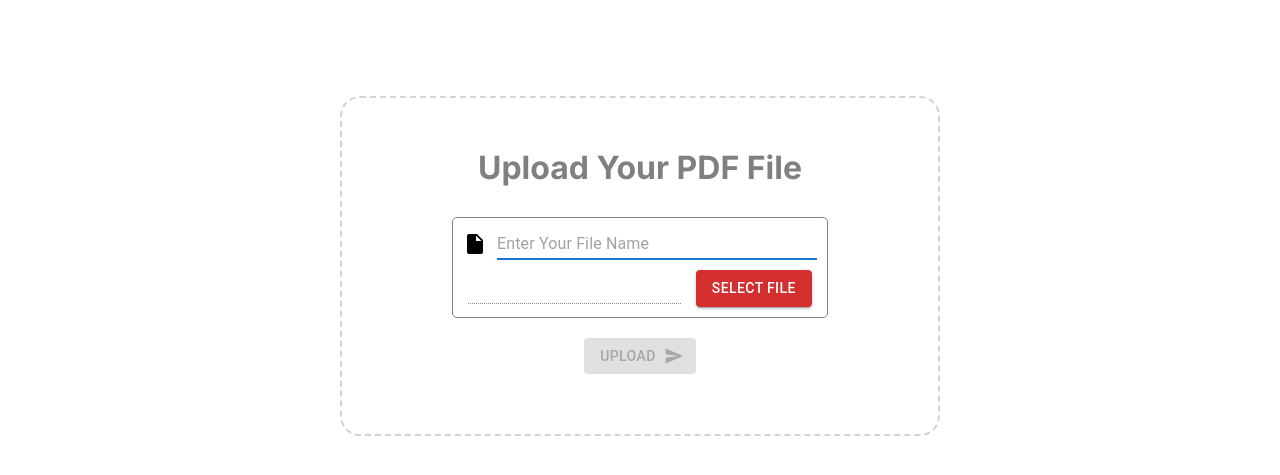
Repository: BhushanPatil-121/pdf-upload-nextjs
Page: /
An editor plug-in stored every save of this project. The page is shown before and after the next save, followed by the edit.
The browser window is 1280 px wide. The pictures show the whole page.
The project was rebuilt for these pictures with package versions that can differ from the ones it lists, and the page was loaded fresh each time. The framework's server and built-in components were replaced by stand-ins that run in the browser. Also part of the build but not shown: next.config.mjs.

Above is the page before, as saved 2024-02-29 11:16:10.

### src/app/page.tsx
"use client"
import styles from "./page.module.css";
import { styled } from '@mui/material/styles';
import Button from '@mui/material/Button';
import CloudUploadIcon from '@mui/icons-material/CloudUpload';
import { useState } from 'react';
import { Alert, Box, Stack, TextField } from "@mui/material";
import InsertDriveFileIcon from '@mui/icons-material/InsertDriveFile';
import SendIcon from '@mui/icons-material/Send';
import LoadingButton from '@mui/lab/LoadingButton';
import { CloudDownload } from "@mui/icons-material";

const VisuallyHiddenInput = styled('input')({
  clip: 'rect(0 0 0 0)',
  clipPath: 'inset(50%)',
  height: 1,
  overflow: 'hidden',
  position: 'absolute',
  bottom: 0,
  left: 0,
  whiteSpace: 'nowrap',
  width: 1,
});

export default function Home() {
  const [loading, setLoading] = useState(false);
  const [uploading, setUploding] = useState(false);
  const [fileName, setFileName] = useState<string>("")
  const [defaultFileName, setDefaultFileName] = useState<string>("")
  const [file, setFile] = useState<string>("")
  function handleClick(e: any) {
    setLoading(true);
    setTimeout(() => setLoading(false), 3000);
    setTimeout(() => {
      setUploding(true)
      setFileName("")
      setFile("")
    }, 3000);
    setTimeout(() => setUploding(false), 6000);
    e.preventDefault();
    let formData = new FormData();
    formData.append('filename', fileName);
    formData.append('file', file);
    console.log(fileName, file);
  }
  return (
    <main className={styles.main}>
      <div className={styles.mainContainer}>
        <h1 className={styles.mainHeading}>Upload Your PDF File</h1>
        <form className={styles.mainForm}>
          <div className={styles.mainFormContainer}>
            <div className={styles.mainFormSubContainer1}>
              <InsertDriveFileIcon />
              <Box sx={{width:'100%'}}>
              <TextField
                id="standard-basic"
                fullWidth
                placeholder="Enter Your File Name"
                value={fileName}
                autoFocus
                onChange={(e) => { setFileName(e.target.value) }}
                variant="standard" />
              </Box>
            </div>
            <div className={styles.mainFormSubContainer2}>
              <Box sx={{width:'60%'}}>
              <TextField
                id="standard-multiline-static"
                multiline
                fullWidth
                rows={1}
                disabled
                variant="standard"
                value={defaultFileName}
              />
              </Box>
              <Button
                component="label"
                role={undefined}
                variant="contained"
                tabIndex={-1}
                color={file ? "success" : "error"}
                onChange={(e: any) => {
                  setFile(e.target.files[0]);
                  setDefaultFileName(e.target.files[0].name);
                }}>Select file
                <VisuallyHiddenInput type="file" accept="application/pdf" />
              </Button>
            </div>
          </div>
          <LoadingButton
            onClick={handleClick}
            endIcon={<SendIcon />}
            loading={loading}
            disabled={fileName.length < 1}
            loadingPosition="end"
            variant="contained">
            {
              loading ? "Uploading..." : "Upload"
            }
          </LoadingButton>
        </form>
      </div>
      {
        uploading &&
        <Stack sx={{ width: '50%' }} spacing={2}>
          <Alert variant="filled" severity="success">
            File Upload Successfully
          </Alert>
        </Stack>
      }
    </main>
  );
}

### src/app/globals.css


* {
  box-sizing: border-box;
  padding: 0;
  margin: 0;
}

html,
body {
  max-width: 100vw;
  overflow-x: hidden;
}


a {
  color: inherit;
  text-decoration: none;
}

### src/app/page.module.css
.main {
  display: flex;
  flex-direction: column;
  justify-content: start;
  gap: 20px;
  align-items: center;
  padding: 6rem 0;
  min-height: 100vh;
}

.mainContainer {
  width: 600px;
  display: flex;
  flex-direction: column;
  justify-content: center;
  align-items: center;
  padding: 50px 100px;
  border-radius: 20px;
  border: dashed 2px lightgrey;
}

.mainHeading {
  color: grey;
}

.mainForm {
  display: flex;
  flex-direction: column;
  align-items: center;
  justify-content: center;
  width: 100%;
  padding: 10px;
  border-radius: 10px;
}

.mainFormContainer {
  display: flex;
  flex-direction: column;
  align-items: center;
  justify-content: center;
  width: 100%;
  height: 100%;
  border: 1px solid grey;
  border-radius: 5px;
  padding: 10px;
  gap: 10px;
  margin: 20px;
}

.mainFormSubContainer1 {
  display: flex;
  flex-direction: row;
  align-items: center;
  justify-content: center;
  gap: 10px;
  width: 100%;
}

.mainFormSubContainer2 {
  display: flex;
  flex-direction: row;
  align-items: center;
  justify-content: space-evenly;
  gap: 10px;
  width: 100%;

}

Loaded but not shown: src/app/layout.tsx (common file)

After the next save:
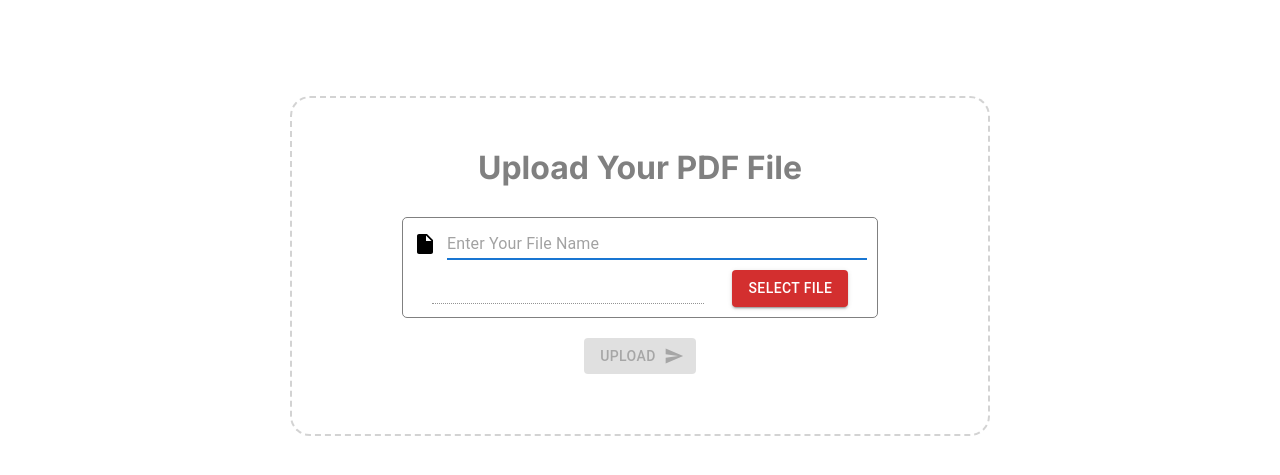
Saved 7 s later.
--- a/src/app/page.module.css
+++ b/src/app/page.module.css
@@ -9,7 +9,7 @@
 }
 
 .mainContainer {
-  width: 600px;
+  width: 700px;
   display: flex;
   flex-direction: column;
   justify-content: center;
